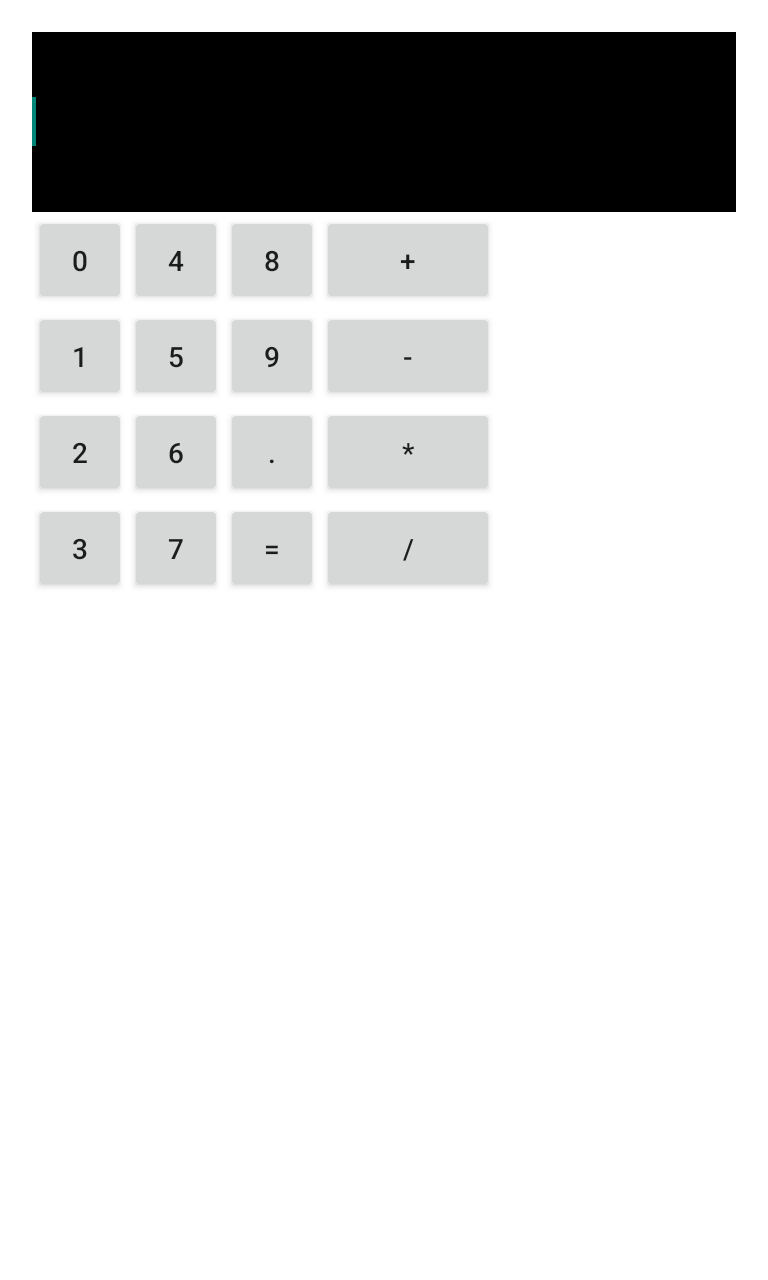
Repository: roopasree/new-pgm
Layout: Newapp/res/layout/ctivity3_main.xml
These files come from the project's save history. The layout is drawn as it stood at one moment and after the next save; the edit follows.
It is drawn on a 768 x 1280 px phone screen (xhdpi) without system bars, with theme AppTheme; the app's code is not run.

Above is the layout before, as saved 2015-02-16 05:46:48.

After the next save:
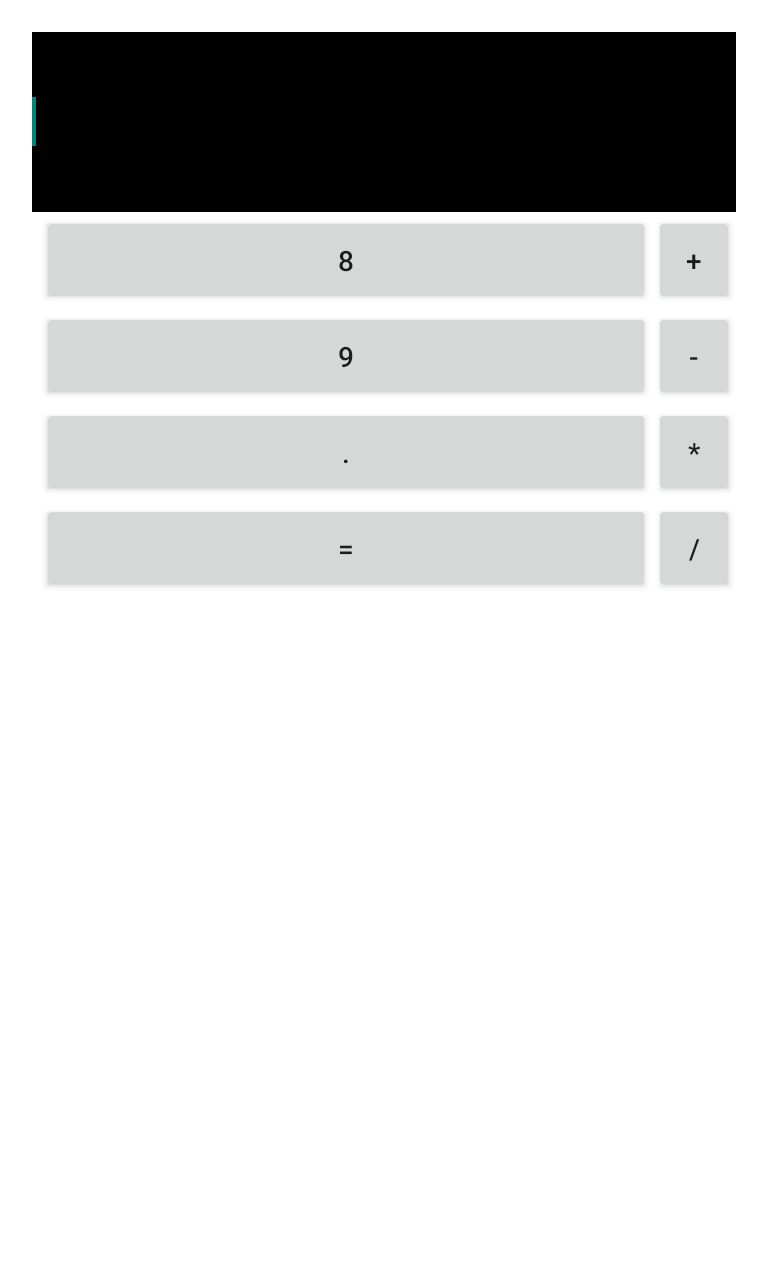
Saved 3 min 29 s later.
--- a/Newapp/res/layout/ctivity3_main.xml
+++ b/Newapp/res/layout/ctivity3_main.xml
@@ -20,7 +20,7 @@
     </EditText>
 
     <LinearLayout
-        android:layout_width="wrap_content"
+        android:layout_width="match_parent"
 
 
         android:layout_height="wrap_content"
@@ -38,7 +38,7 @@
             <Button
                 android:id="@+id/button1"
                 style="?android:attr/buttonStyleSmall"
-                android:layout_width="wrap_content"
+                android:layout_width="match_parent"
                 android:layout_height="wrap_content"
                 android:layout_weight="1.0"
                 android:text="0" />
@@ -46,7 +46,7 @@
             <Button
                 android:id="@+id/button2"
                 style="?android:attr/buttonStyleSmall"
-                android:layout_width="wrap_content"
+                android:layout_width="match_parent"
                 android:layout_height="wrap_content"
                 android:layout_weight="1.0"
                 android:text="1" />
@@ -54,7 +54,7 @@
             <Button
                 android:id="@+id/button3"
                 style="?android:attr/buttonStyleSmall"
-                android:layout_width="wrap_content"
+                android:layout_width="match_parent"
                 android:layout_height="wrap_content"
                 android:layout_weight="1.0"
                 android:text="2" />
@@ -62,7 +62,7 @@
             <Button
                 android:id="@+id/button4"
                 style="?android:attr/buttonStyleSmall"
-                android:layout_width="wrap_content"
+                android:layout_width="match_parent"
                 android:layout_height="wrap_content"
                 android:layout_weight="1.0"
                 android:text="3" />
@@ -79,7 +79,7 @@
             <Button
                 android:id="@+id/button5"
                 style="?android:attr/buttonStyleSmall"
-                android:layout_width="wrap_content"
+                android:layout_width="match_parent"
                 android:layout_height="wrap_content"
                 android:layout_weight="1.0"
                 android:text="4" />
@@ -87,7 +87,7 @@
             <Button
                 android:id="@+id/button6"
                 style="?android:attr/buttonStyleSmall"
-                android:layout_width="wrap_content"
+                android:layout_width="match_parent"
                 android:layout_height="wrap_content"
                 android:layout_weight="1.0"
                 android:text="5" />
@@ -95,7 +95,7 @@
             <Button
                 android:id="@+id/button7"
                 style="?android:attr/buttonStyleSmall"
-                android:layout_width="wrap_content"
+                android:layout_width="match_parent"
                 android:layout_height="wrap_content"
                 android:layout_weight="1.0"
                 android:text="6" />
@@ -103,7 +103,7 @@
             <Button
                 android:id="@+id/button8"
                 style="?android:attr/buttonStyleSmall"
-                android:layout_width="wrap_content"
+                android:layout_width="match_parent"
                 android:layout_height="wrap_content"
                 android:layout_weight="1.0"
                 android:text="7" />
@@ -112,7 +112,7 @@
         <LinearLayout
                         android:weightSum="4.0"
 
-            android:layout_width="wrap_content"
+            android:layout_width="match_parent"
             android:layout_height="match_parent"
             android:layout_weight="1.0"
             android:orientation="vertical" >
@@ -120,28 +120,28 @@
             <Button
                 android:id="@+id/button9"
                 style="?android:attr/buttonStyleSmall"
-                android:layout_width="wrap_content"
+                android:layout_width="match_parent"
                 android:layout_height="wrap_content"
                 android:text="8" />
 
             <Button
                 android:id="@+id/button10"
                 style="?android:attr/buttonStyleSmall"
-                android:layout_width="wrap_content"
+                android:layout_width="match_parent"
                 android:layout_height="wrap_content"
                 android:text="9" />
 
             <Button
                 android:id="@+id/button11"
                 style="?android:attr/buttonStyleSmall"
-                android:layout_width="wrap_content"
+                android:layout_width="match_parent"
                 android:layout_height="wrap_content"
                 android:text="." />
 
             <Button
                 android:id="@+id/button12"
                 style="?android:attr/buttonStyleSmall"
-                android:layout_width="wrap_content"
+                android:layout_width="match_parent"
                 android:layout_height="wrap_content"
                 android:text="=" />
 
@@ -155,25 +155,25 @@
 
             <Button
                 android:id="@+id/button13"
-                android:layout_width="wrap_content"
+                android:layout_width="match_parent"
                 android:layout_height="wrap_content"
                 android:text="+" />
 
             <Button
                 android:id="@+id/button14"
-                android:layout_width="wrap_content"
+                android:layout_width="match_parent"
                 android:layout_height="wrap_content"
                 android:text="-" />
 
             <Button
                 android:id="@+id/button15"
-                android:layout_width="wrap_content"
+                android:layout_width="match_parent"
                 android:layout_height="wrap_content"
                 android:text="*" />
 
             <Button
                 android:id="@+id/button16"
-                android:layout_width="wrap_content"
+                android:layout_width="match_parent"
                 android:layout_height="wrap_content"
                 android:text="/" />
 
